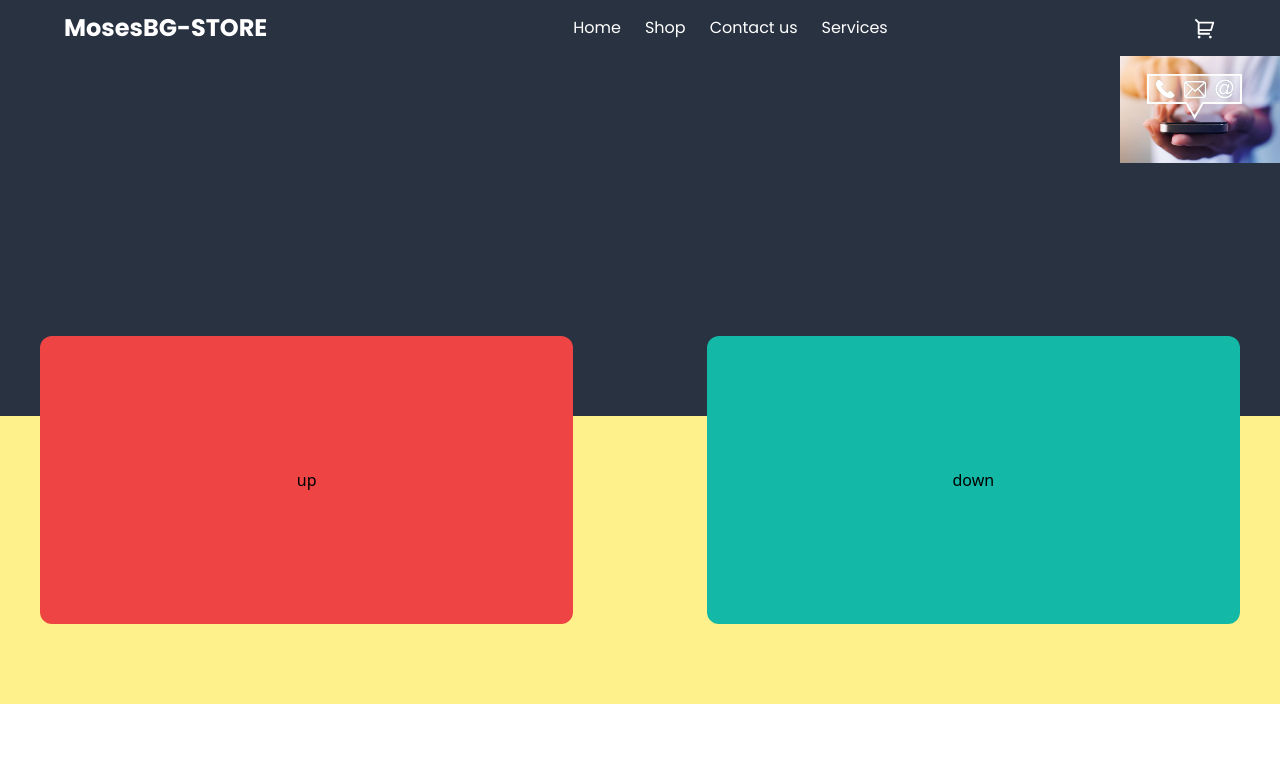
Repository: moshebengan/cart
Page: /fake-store/contact-us
The author's editor kept a copy of each file at every save. The page is drawn from the files as they stood at one save, then again after the next save.
The browser window is 1280 px wide. The pictures show the whole page.
The project was rebuilt for these pictures with package versions that can differ from the ones it lists, and the page was loaded fresh each time. Also part of the build but not shown: vite.config.js, src/components/Error.jsx, src/utils/data.js, src/utils/apiCalls.js, src/components/Loading.jsx, src/components/Products.jsx, src/components/Footer.jsx, src/pages/HomePage.jsx and 5 more.

Above is the page before, as saved 2024-09-15 15:53:23.

### index.html
<!DOCTYPE html>
<html lang="en">
  <head>
    <meta charset="UTF-8" />
    <link rel="icon" type="image/svg+xml" href="/vite.svg" />
    <meta name="viewport" content="width=device-width, initial-scale=1.0" />
    <link rel="preconnect" href="https://fonts.googleapis.com" />
    <link rel="preconnect" href="https://fonts.gstatic.com" crossorigin />
    <link
      href="https://fonts.googleapis.com/css2?family=Poppins:ital,wght@0,100;0,200;0,300;0,400;0,500;0,600;0,700;0,800;0,900;1,100;1,200;1,300;1,400;1,500;1,600;1,700;1,800;1,900&display=swap"
      rel="stylesheet"
    />
    <title>MosesBG-SHOP</title>
  </head>
  <body>
    <div id="root"></div>
    <script type="module" src="/src/main.jsx"></script>
  </body>
</html>

### src/main.jsx
import { StrictMode } from 'react'
import { createRoot } from 'react-dom/client'

import './index.css'
import { createBrowserRouter, RouterProvider } from 'react-router-dom'
import routes from './routes.jsx'

const router = createBrowserRouter(routes)

createRoot(document.getElementById('root')).render(
  <StrictMode>
    <RouterProvider router={router} />
  </StrictMode>,
)

### src/index.css
@tailwind base;
@tailwind components;
@tailwind utilities;

body,
html {
  height: 100%;
  width: 100%;
}

.container {
  width: 90%;
  margin: auto;
}

### src/routes.jsx
import Error from "./components/Error";
import ContactUs from "./pages/ContactUs";
import HomePage from "./pages/HomePage";
import MyCart from "./pages/MyCart";
import NavigationBar from "./pages/NavigationBar";
import ShopPage from "./pages/ShopPage";


const routes = [
	{
		path: '/fake-store',
		element: <NavigationBar />,
		children: [
			{
				path:"home",
				element:<HomePage/>,
				errorElement: <Error/>
			},
			{ 	path: 'shop',
				 	element: <ShopPage />,
					errorElement: <Error/>

			},
			{
				path: 'cart',
				element: <MyCart />,
				errorElement: <Error/>
			},
			{
				path:'contact-us',
				element: <ContactUs/>,
				errorElement: <Error />
			}
		]

	},

];

export default routes

### src/pages/ContactUs.jsx


const ContactUs = () => {
  return (
    <div className="w-full h-screen flex flex-col">
    <div className="bg-dark-blue w-full h-[50%] relative">
      <img src="/public/contactus.jpg" alt="" className="w-40 absolute right-0"  />
      </div>
      <div className="w-full h-[40%] bg-yellow-200 flex flex-row relative">
        <div className="absolute ml-10 w-5/12 h-full bg-red-500 left-0  -top-20 flex items-center justify-center rounded-xl" >up</div>
        <div className="absolute mr-10 w-5/12 h-full bg-teal-500 right-0 -top-20 flex items-center justify-center rounded-xl">down</div>
        {/* <div className="absolute -top-10 left-10 bg-yellow-300 flex-initial w-64">left</div>
        <div className="absolute -top-10 right-10 bg-pink-400 flex-initial w-32 ">right</div> */}
      </div>
      <div className="bg-white w-full h-[10%]"></div>
    </div>
  )
}

export default ContactUs

### src/pages/NavigationBar.jsx
import { useState } from "react";
import { Link, Outlet } from "react-router-dom";
import { IoMdMenu, IoMdClose } from "react-icons/io";
import Cart from "../components/Cart";

const NavigationBar = () => {
  const [isOpen, setIsOpen] = useState(false);
  const [cartItems, setCartItems] = useState(0);

  const openNav = () => {
    setIsOpen(!isOpen);
  };

  const resetNav = () => {
    if (isOpen) setIsOpen(!isOpen);
  };

  return (
    <>
      <div className="w-full bg-dark-blue font-poppins">
        <div className="container">
          <nav className="py-3 flex justify-between items-center text-white">
            <h1 className="font-bold text-2xl">MosesBG-STORE</h1>
            <div className="hidden md:flex gap-6">
              <Link to={"/fake-store/home"}>Home</Link>
              <Link to={"/fake-store/shop"}>Shop</Link>
              <Link to={"/fake-store/contact-us"}>Contact us</Link>
              <Link>Services</Link>
            </div>
            <div className="flex flex-row items-center gap-5">
              <Cart resetNav={resetNav} items={cartItems} />
              <div className="z-50 md:hidden">
                <button className="flex items-center">
                  {isOpen ? (
                    <IoMdClose className="p1" onClick={openNav} />
                  ) : (
                    <IoMdMenu className="p1" onClick={openNav} />
                  )}
                </button>
              </div>
            </div>
          </nav>
          <div
            className={`container text-dark-blue ${
              isOpen ? "block" : "hidden"
            } `}
          >
            <div className="z-40 fixed top-0 left-0 bottom-0 w-full bg-dark-blu opacity-35"></div>
            <nav className="z-50 fixed top-0 left-0 bottom-0 flex flex-col gap-10 w-5/6 max-w-sm py-6 px-6 bg-[#F8F8F8] overflow-y-auto">
              <div>
                <h1 className="font-bold text-3xl">MosesBG-SHOP</h1>
                <hr className="h-px mt-3 bg-gray-200 border-0" />
              </div>
              <div className="flex flex-col gap-5">
                <Link
                  to={"/fake-store"}
                  className="nav-item-hover"
                  onClick={resetNav}
                >
                  Home
                </Link>
                <Link
                  to={"/fake-store/shop"}
                  className="nav-item-hover"
                  onClick={resetNav}
                >
                  Shop
                </Link>
                <Link className="nav-item-hover">Contact Us</Link>
                <Link className="nav-item-hover">Services</Link>
                <hr className="h-px mt-3 bg-gray-200 border-0" />
              </div>
            </nav>
          </div>
        </div>
      </div>
      <div className="h-screen w-auto">
        <Outlet context={[cartItems, setCartItems]} />
      </div>
    </>
  );
};

export default NavigationBar;

### src/components/Cart.jsx
import { RiShoppingCart2Line } from "react-icons/ri";
import { Link } from "react-router-dom";

const Cart = ({ resetNav, items }) => {
  return (
    <Link to={"/fake-store/cart"} onClick={resetNav}>
      <div className="relative">
        <RiShoppingCart2Line size={"1.4em"} />
        <span className="absolute text-xs bg-orange-500 p-0.3 px-1 text-red-50 rounded-full -top-1.5 left-4">
          {items > 0 ? items : ""}
        </span>
      </div>
    </Link>
  );
};

export default Cart;

### tailwind.config.js
/** @type {import('tailwindcss').Config} */
export default {
  content: [
    "./index.html",
    "./src/**/*.{js,ts,jsx,tsx}",
  ],
  theme: {
    fontFamily: {
      poppins: ["Poppins", "sans-serif"]
    },
    extend: {
      backgroundImage: {
        "homepage-image": "url('/public/bghomepage.jpg')",
        "homepage-darker": "url('/public/darkerbg.jpg')",
        "contact-us-image": "url('/public/contactus.jpg')"
      },
      colors: {
      "dark-blue": "#293241"
    },
    keyframes: {
      'fade-in-out': {
        '0%': { opacity: '0', transform: 'scale(0.95)' },
        '100%': { opacity: '1', transform: 'scale(1)' },
      },
    },
    animation: {
      'fade-in-out': 'fade-in-out 0.5s ease-in-out', // Customize duration and easing
    },
  }
  },
  plugins: [],
}

After the next save:
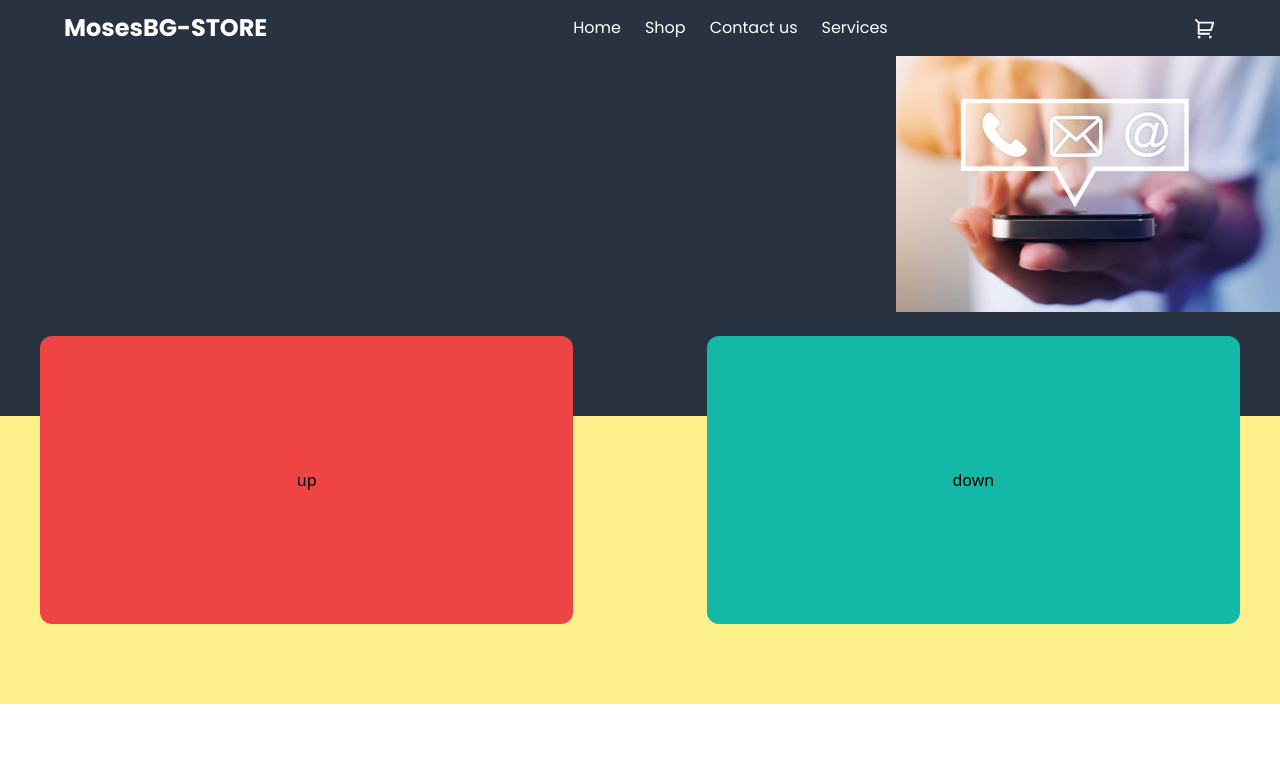
Saved 28 s later.
--- a/src/pages/ContactUs.jsx
+++ b/src/pages/ContactUs.jsx
@@ -4,7 +4,7 @@ const ContactUs = () => {
   return (
     <div className="w-full h-screen flex flex-col">
     <div className="bg-dark-blue w-full h-[50%] relative">
-      <img src="/public/contactus.jpg" alt="" className="w-40 absolute right-0"  />
+      <img src="/public/contactus.jpg" alt="" className="w-[30%] absolute right-0 top"  />
       </div>
       <div className="w-full h-[40%] bg-yellow-200 flex flex-row relative">
         <div className="absolute ml-10 w-5/12 h-full bg-red-500 left-0  -top-20 flex items-center justify-center rounded-xl" >up</div>
